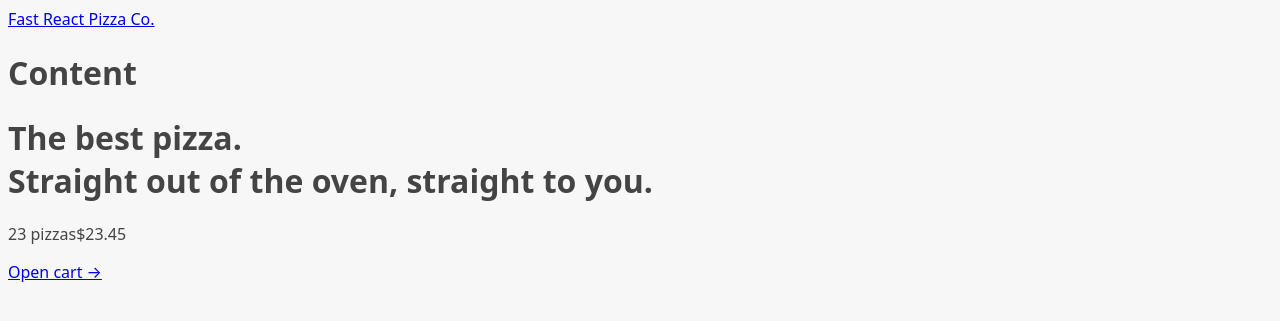
Repository: SmooothCriminal001/ReactLearning
Page: / (app in More Exercises/fast-react-pizza/)
The author's editor kept a copy of each file at every save. The page is drawn from the files as they stood at one save, then again after the next save.
The browser window is 1280 px wide. The pictures show the whole page.
The project was rebuilt for these pictures with package versions that can differ from the ones it lists, and the page was loaded fresh each time. Also part of the build but not shown: More Exercises/fast-react-pizza/vite.config.js, More Exercises/fast-react-pizza/src/features/menu/Menu.jsx, More Exercises/fast-react-pizza/src/features/cart/Cart.jsx, More Exercises/fast-react-pizza/src/utils/helpers.js, More Exercises/fast-react-pizza/src/features/order/Order.jsx. Imported but missing from the stored project, and not drawn on this page: More Exercises/fast-react-pizza/src/features/order/CreateOrder.

Above is the page before, as saved 2024-10-01 21:55:23.

### More Exercises/fast-react-pizza/src/App.jsx
import { RouterProvider, createBrowserRouter } from "react-router-dom"
import AppLayout from "./ui/AppLayout"
import Home from "./ui/Home"
import Menu from "./features/menu/Menu"
import Cart from "./features/cart/Cart"
import CreateOrder from "./features/order/CreateOrder"
import Order from "./features/order/Order"

const router = createBrowserRouter([
    {
        element: <AppLayout />,
        //errorElement: <ErrorComponent />,
        children:[
            {
              path:"/",
              element:<Home />
            },
            {
              path:"/menu",
              element:<Menu />
            },
            {
              path:"/cart",
              element:<Cart />
            },
            {
              path:"/order/new",
              element:<CreateOrder />
            },
            {
              path:"/order/:orderId",
              element:<Order />
            }
        ]
    },
])

export default function App(){
    return <RouterProvider router={router}></RouterProvider>
}

### More Exercises/fast-react-pizza/src/ui/AppLayout.jsx
import { Outlet } from "react-router-dom";
import CartOverview from "../features/cart/CartOverview";
import Header from "./Header";

export default function AppLayout(){
    return <div>
        <Header />

        <main>
            <h1>Content</h1>
            <Outlet />
        </main>

        <CartOverview />
    </div>
}

### More Exercises/fast-react-pizza/src/ui/Header.jsx
import { Link } from "react-router-dom";

export default function Header(){
    return <header>
        <Link to="/">Fast React Pizza Co.</Link>
    </header>
}

Loaded but not shown: More Exercises/fast-react-pizza/index.html (common file); More Exercises/fast-react-pizza/src/main.jsx (common file); More Exercises/fast-react-pizza/src/index.css (common file); More Exercises/fast-react-pizza/src/ui/Home.jsx (common file); More Exercises/fast-react-pizza/src/features/cart/CartOverview.jsx (common file)

After the next save:
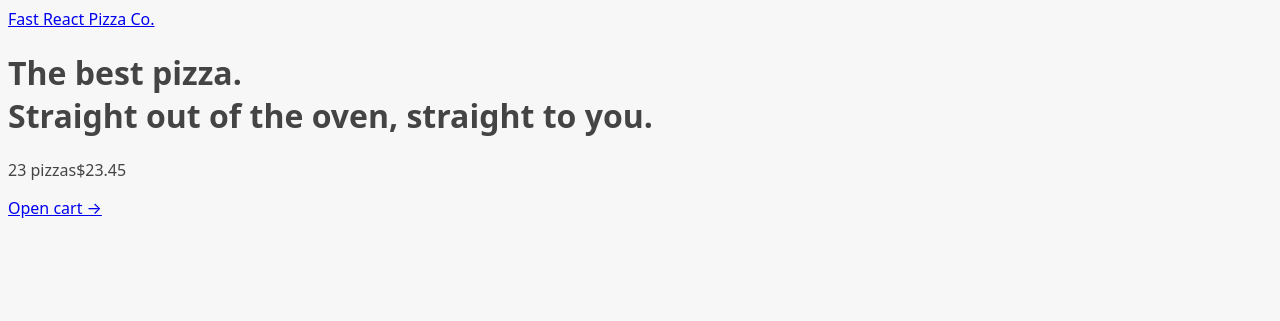
Saved 2 min 49 s later.
--- a/More Exercises/fast-react-pizza/src/ui/AppLayout.jsx
+++ b/More Exercises/fast-react-pizza/src/ui/AppLayout.jsx
@@ -7,7 +7,6 @@ export default function AppLayout(){
         <Header />
 
         <main>
-            <h1>Content</h1>
             <Outlet />
         </main>
 
